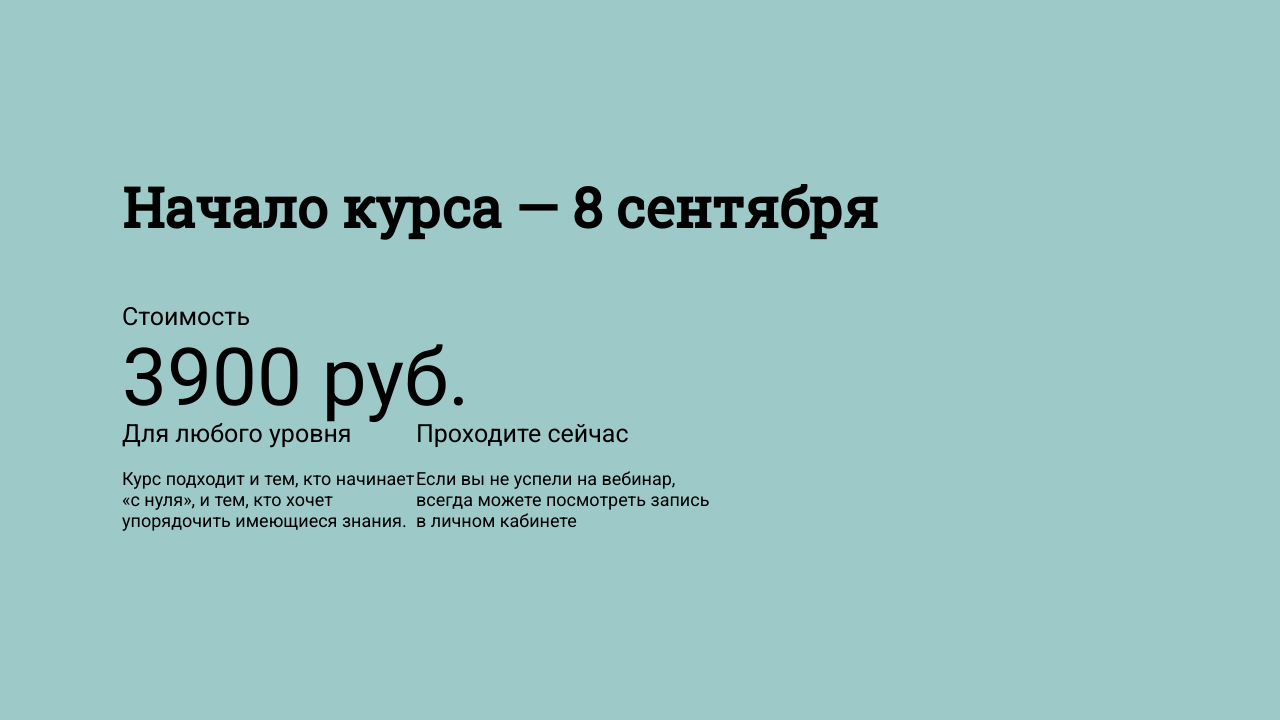
Repository: NatiqSamiyev/fiqma-task3
Page: index.html
The author's editor kept a copy of each file at every save. The page is drawn from the files as they stood at one save, then again after a run of saves.
The browser window is 1280 px wide. The pictures show the whole page.

Above is the page before, as saved 2023-08-09 13:22:14.

After the next 2 saves:
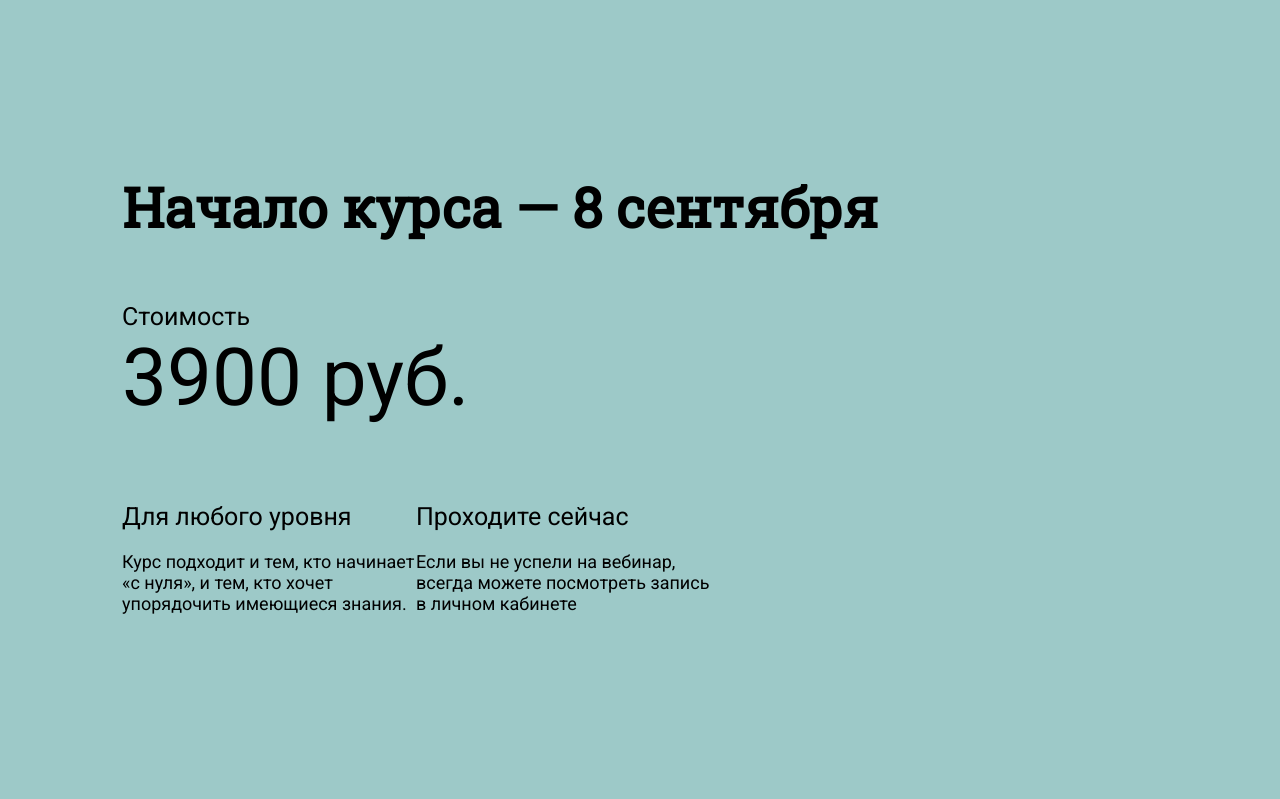
The 2 saves are shown as one change because they came seconds apart.
The last was saved 28 s later.
--- a/index.css
+++ b/index.css
@@ -42,6 +42,7 @@
 }
 
 .container ul {
+  margin-top: 83px;
   display: flex;
   text-decoration: none;
 }
